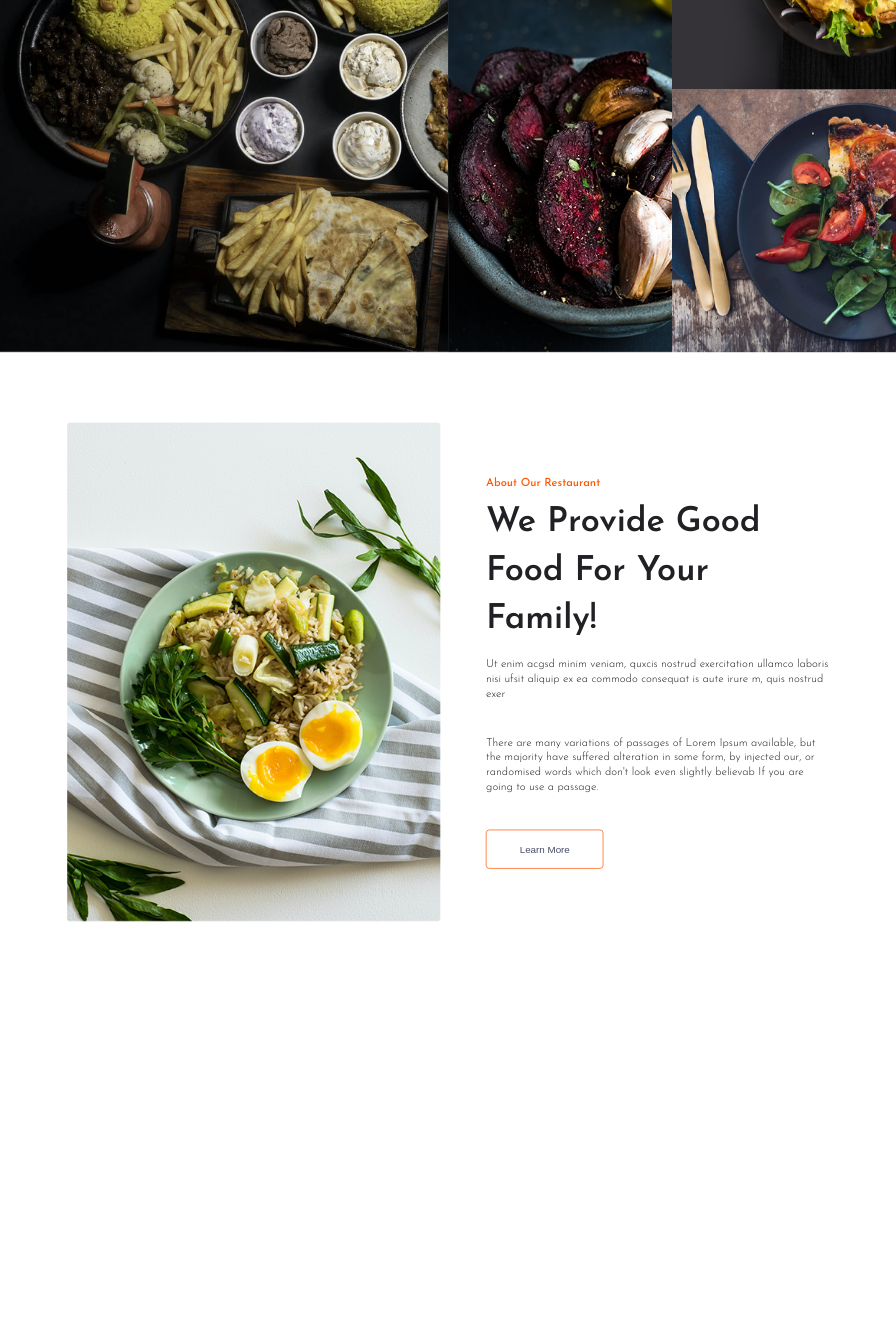
Repository: Ebtehal18/food
Page: index.html
An editor plug-in stored every save of this project. The page is shown before and after the next save, followed by the edit.
The browser window is 1280 px wide. The pictures show the part of the page from y = 2553 to 4473 px (the page is 10000 px tall), at 70% of full size.

Above is the page before, as saved 2024-01-18 20:09:36.

After the next save:
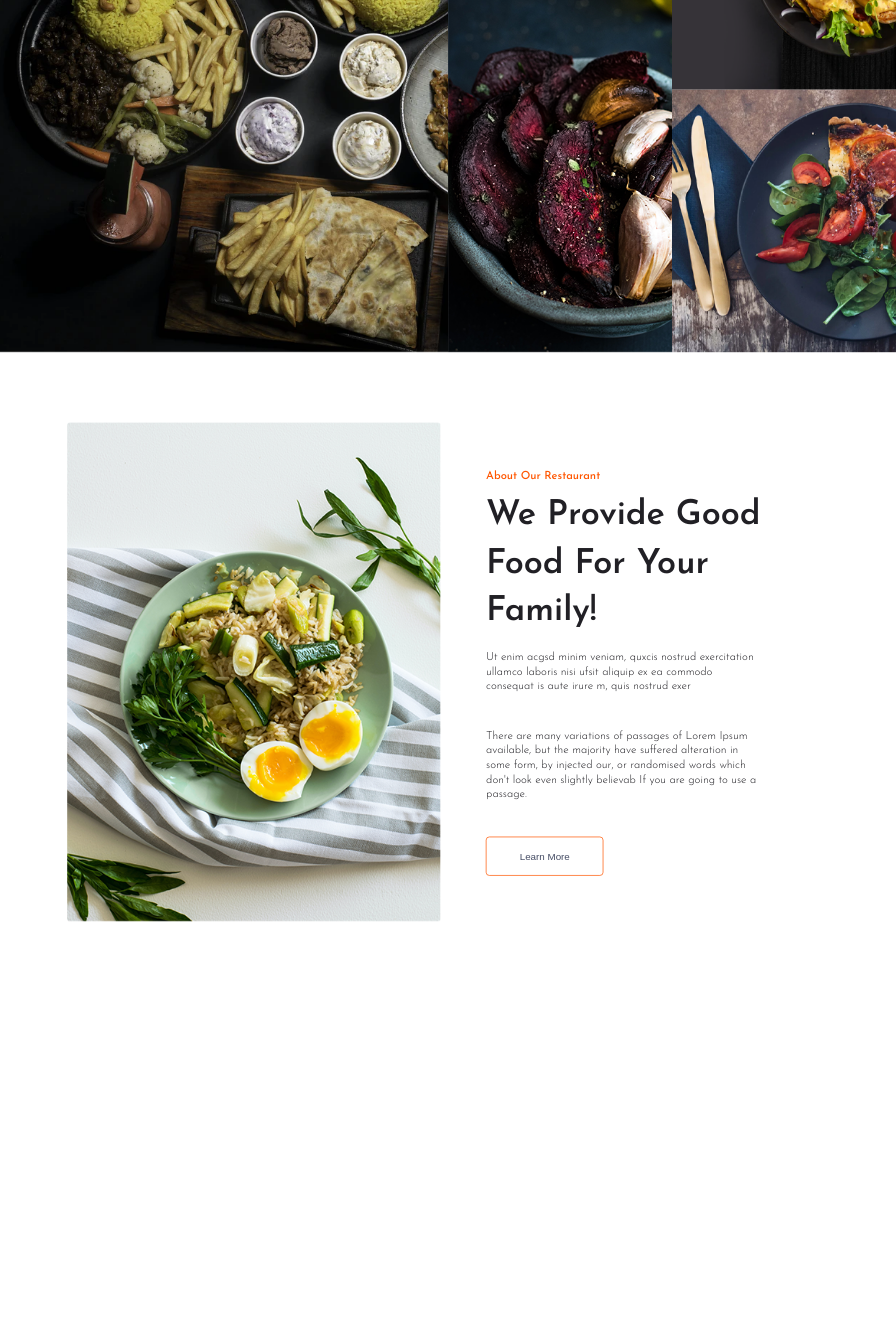
Saved 42 s later.
--- a/asessets/css/style.css
+++ b/asessets/css/style.css
@@ -654,7 +654,7 @@ label {
   font-weight: 500;
 }
 .blog .blog-content p {
-  width: 100%;
+  width: 81%;
   margin-bottom: 20px;
   font-weight: 300;
   margin-bottom: 50px;
